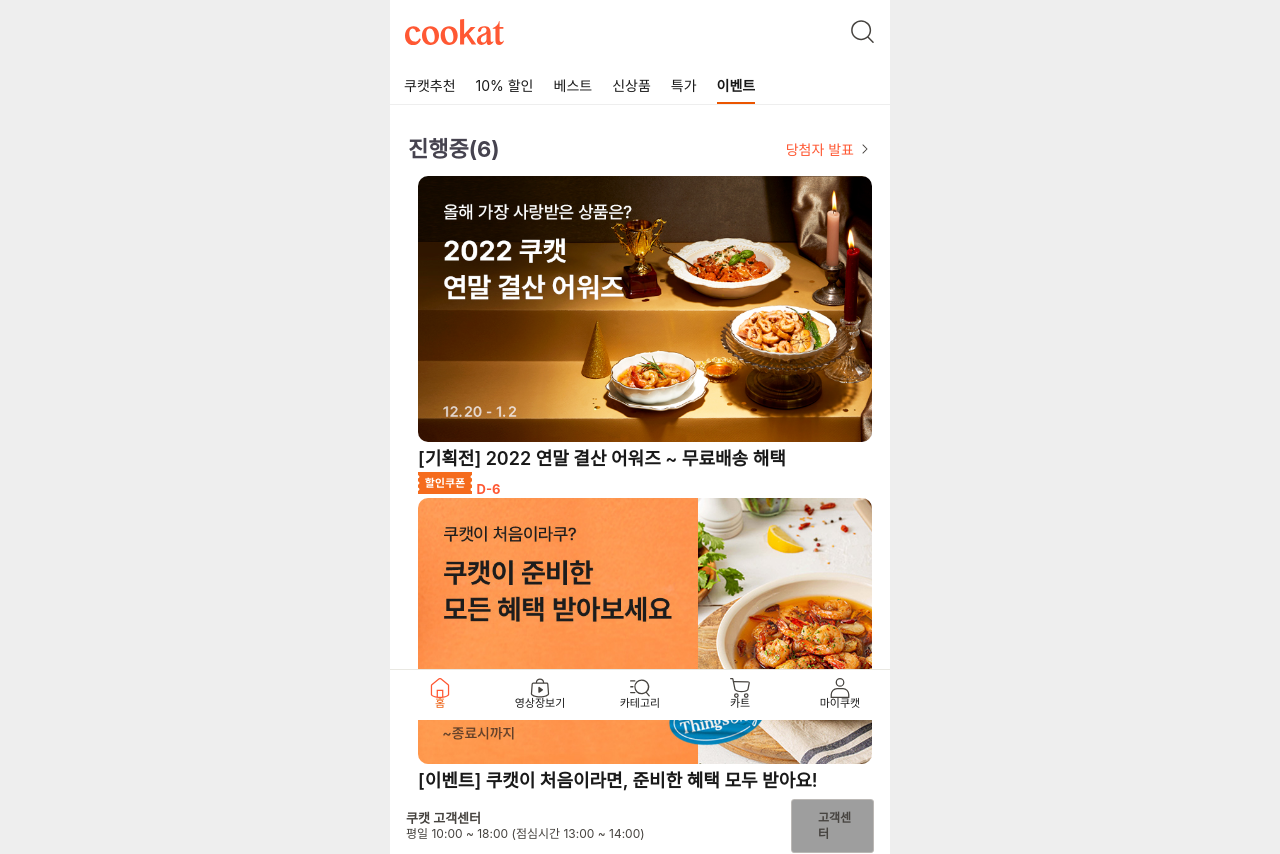
Repository: CooKat/Cookat
Page: event.html
These files come from the project's save history. The page is drawn as it stood at one moment and after the next save; the edit follows.
The browser window is 1280 px wide. The pictures show the part of the page from y = 0 to 854 px (the page is 1644 px tall before and 1655 px after).
Pictures or frames that could not be fetched are drawn as grey boxes. A picture or video elsewhere on the page could not be fetched, so the positions and the page height are approximate. Some web fonts or font styles are not loaded; a fallback is used.

Above is the page before, as saved 2022-12-27 21:00:04.
Not found: js/ex1.js

After the next save:
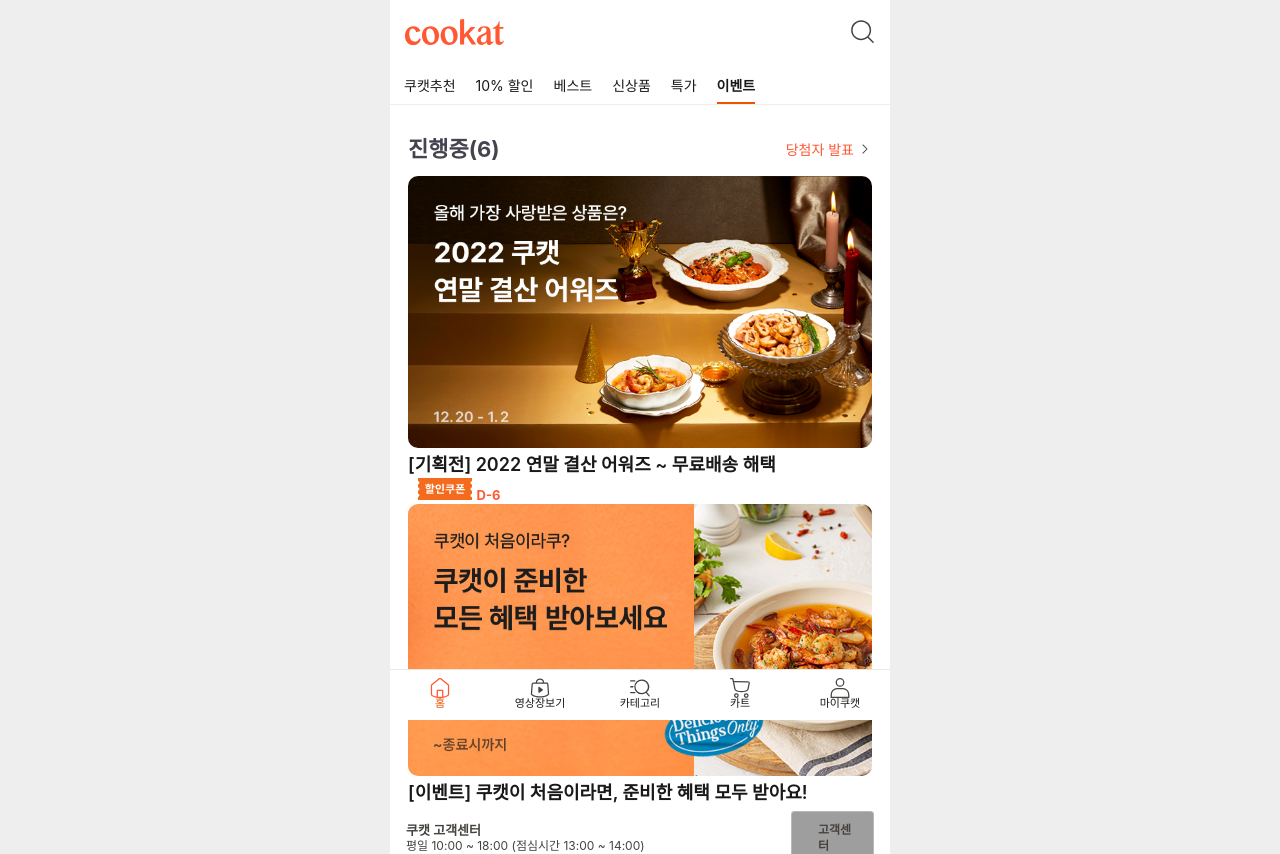
Saved 6 s later.
--- a/css/event.css
+++ b/css/event.css
@@ -50,7 +50,7 @@
   line-height: var(--text-xxl);
   font-weight: 600;
 }
-.item-list-item{
+.item-list-item svg{
   margin-left: var(--spacing-sm);
 }
 .coupon{
